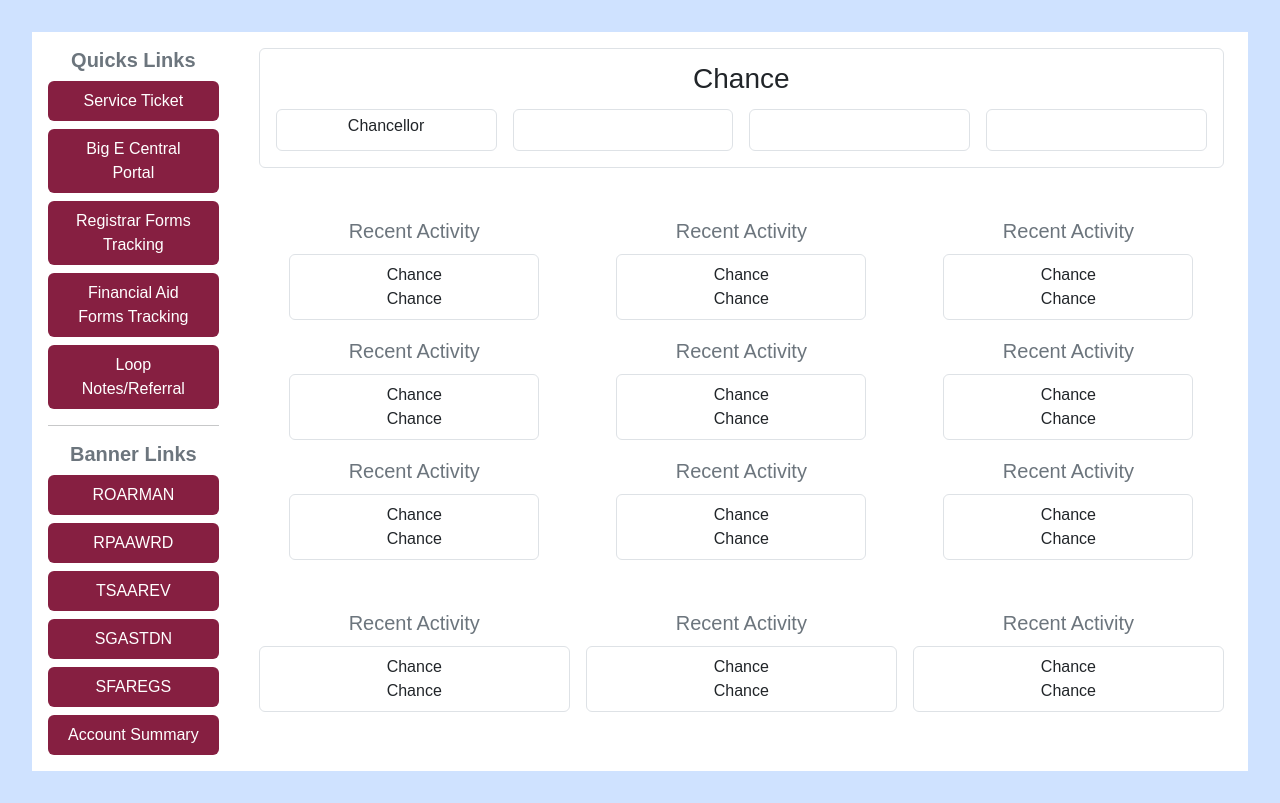
Repository: chancellor-w-whitaker/bec-tab
Page: /
The author's editor kept a copy of each file at every save. The page is drawn from the files as they stood at one save, then again after the next save.
The browser window is 1280 px wide. The pictures show the whole page.
Some web fonts or font styles are not loaded; a fallback is used. The project was rebuilt for these pictures with package versions that can differ from the ones it lists, and the page was loaded fresh each time. Also part of the build but not shown: vite.config.js.

Above is the page before, as saved 2024-01-07 18:20:00.

After the next save:
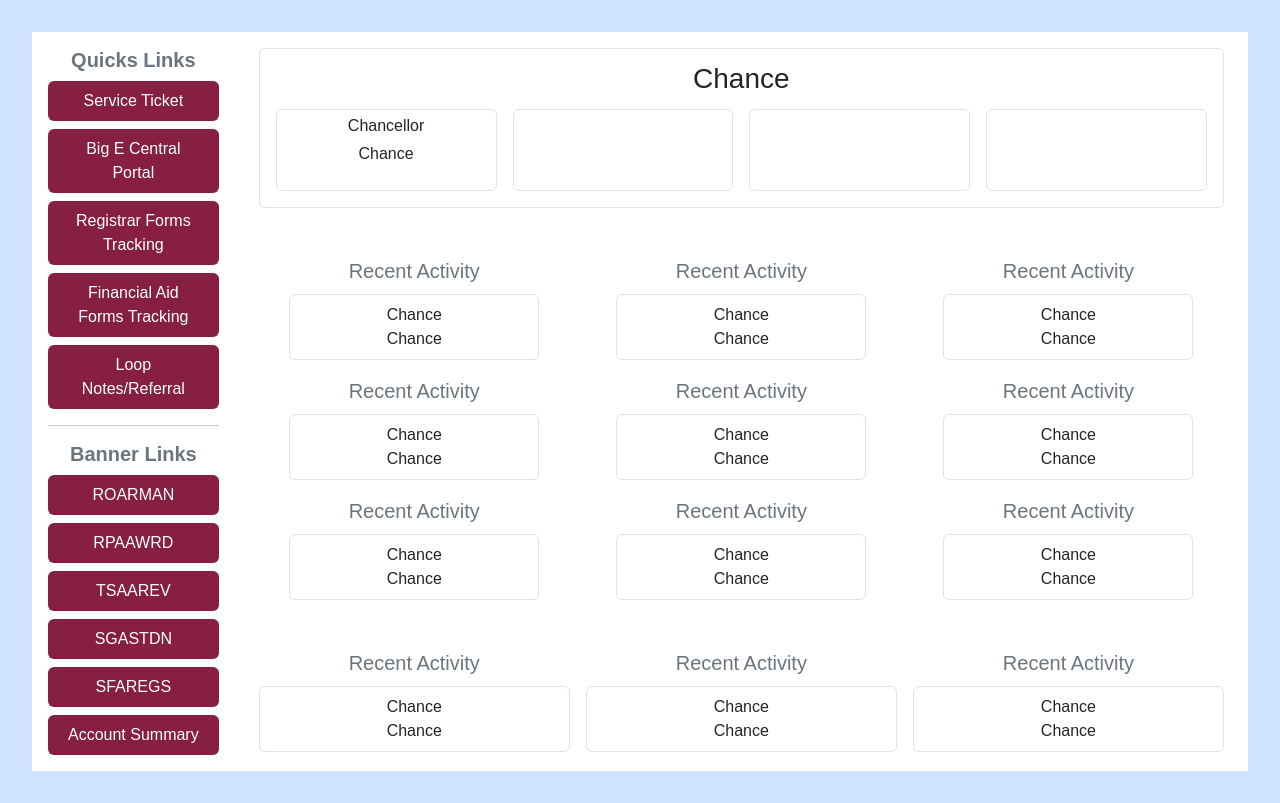
Saved 17 s later.
--- a/src/App.jsx
+++ b/src/App.jsx
@@ -95,7 +95,7 @@ const Main = () => {
             <div className="d-flex gap-3">
               <div className="border rounded p-2 d-flex flex-column gap-2 w-100">
                 <div className="lh-1">Chancellor</div>
-                <div></div>
+                <p>Chance</p>
               </div>
               <div className="border rounded p-2 d-flex flex-column w-100">
                 <div></div>
